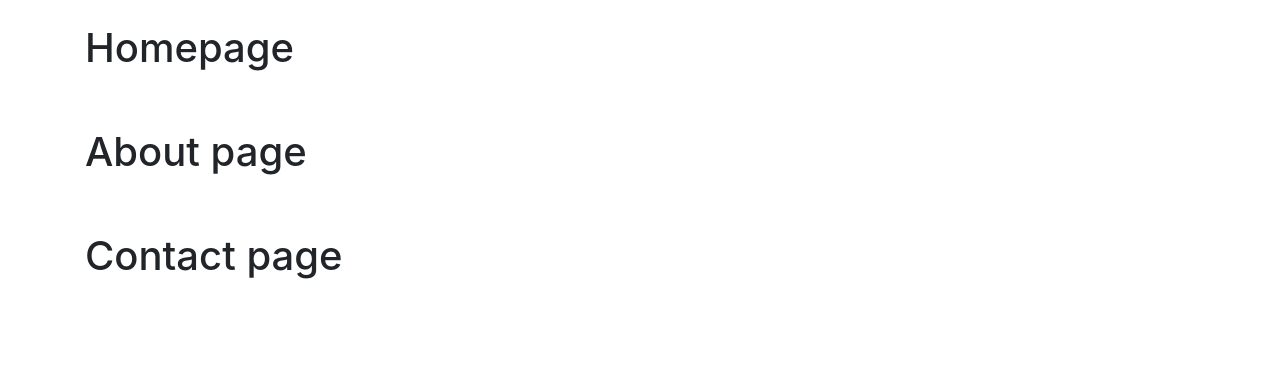
Repository: hardik2626/reactcrud2020
Page: /
An editor plug-in stored every save of this project. The page is shown before and after the next save, followed by the edit.
The browser window is 1280 px wide. The pictures show the whole page.
The project was rebuilt for these pictures with package versions that can differ from the ones it lists, and the page was loaded fresh each time. Also part of the build but not shown: src/index.css, src/App.css.

Above is the page before, as saved 2020-10-28 17:42:52.

### src/App.js

import './App.css';
import '../node_modules/bootstrap/dist/css/bootstrap.css'
import Home from './component/pages/Home';
import About from './component/pages/About';
import Contact from './component/pages/Contact';

function App() {
  return (
    <div className="App">
      <Home />
      <About />
      <Contact />
    </div>
  );
}

export default App;

### src/component/pages/Home.js
import React from 'react'

const Home = () => {
    return (
        <>
            <div className="container">
                <div className="py-4">
                    <h1>Homepage</h1>
                </div>
            </div>
        </>
    )
}

export default Home

### src/component/pages/About.js
import React from 'react'

const About = () => {
    return (
        <>
            <div className="container">
                <div className="py-4">
                    <h1>About page</h1>
                </div>
            </div>
        </>
    )
}

export default About

### src/component/pages/Contact.js
import React from 'react'

const Contact = () => {
    return (
        <>
            <div className="container">
                <div className="py-4">
                    <h1>Contact page</h1>
                </div>
            </div>
        </>
    )
}

export default Contact

### src/component/layout/Navbar.js
import React from 'react'

const Navbar = () => {
    return (
        <>
            <nav class="navbar navbar-expand-lg navbar-light bg-light">
  <a class="navbar-brand" href="#">Navbar</a>
  <button class="navbar-toggler" type="button" data-toggle="collapse" data-target="#navbarSupportedContent" aria-controls="navbarSupportedContent" aria-expanded="false" aria-label="Toggle navigation">
    <span class="navbar-toggler-icon"></span>
  </button>

  <div class="collapse navbar-collapse" id="navbarSupportedContent">
    <ul class="navbar-nav mr-auto">
      <li class="nav-item active">
        <a class="nav-link" href="#">Home <span class="sr-only">(current)</span></a>
      </li>
      <li class="nav-item">
        <a class="nav-link" href="#">Link</a>
      </li>
      <li class="nav-item dropdown">
        <a class="nav-link dropdown-toggle" href="#" id="navbarDropdown" role="button" data-toggle="dropdown" aria-haspopup="true" aria-expanded="false">
          Dropdown
        </a>
        <div class="dropdown-menu" aria-labelledby="navbarDropdown">
          <a class="dropdown-item" href="#">Action</a>
          <a class="dropdown-item" href="#">Another action</a>
          <div class="dropdown-divider"></div>
          <a class="dropdown-item" href="#">Something else here</a>
        </div>
      </li>
      <li class="nav-item">
        <a class="nav-link disabled" href="#">Disabled</a>
      </li>
    </ul>
  </div>
</nav>
        </>
    )
}

export default Navbar

Loaded but not shown: public/index.html (common file); src/index.js (common file)

After the next save:
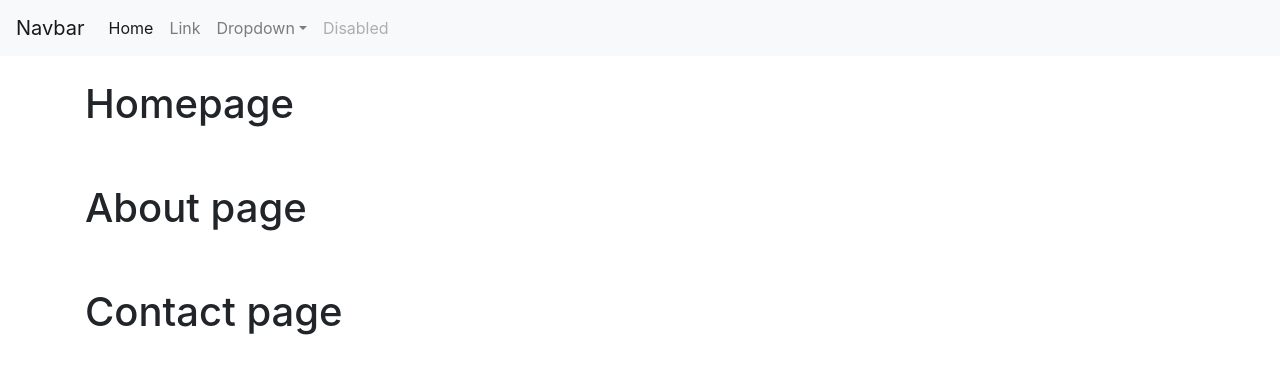
Saved 21 s later.
--- a/src/App.js
+++ b/src/App.js
@@ -4,10 +4,12 @@ import '../node_modules/bootstrap/dist/css/bootstrap.css'
 import Home from './component/pages/Home';
 import About from './component/pages/About';
 import Contact from './component/pages/Contact';
+import Navbar from './component/layout/Navbar';
 
 function App() {
   return (
     <div className="App">
+    <Navbar />
       <Home />
       <About />
       <Contact />
